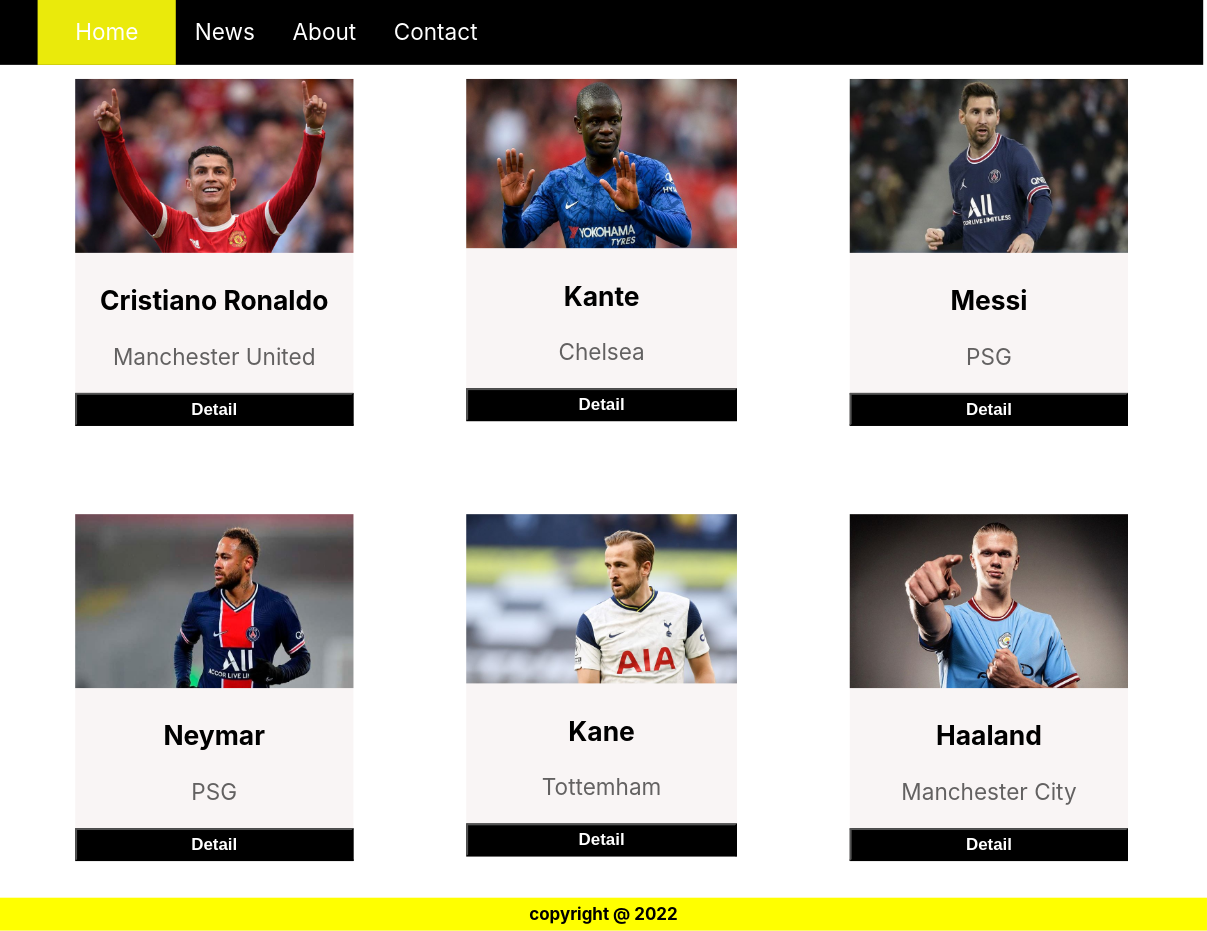
Repository: hoangdanh2/FER
Page: /
The author's editor kept a copy of each file at every save. The page is drawn from the files as they stood at one save, then again after the next save.
The browser window is 1280 px wide. The page is 1284 px wide, so the pictures cover 1284 px, including what lies to the right of the window. The pictures show the whole page, at 94% of full size.
The project was rebuilt for these pictures with package versions that can differ from the ones it lists, and the page was loaded fresh each time.

Above is the page before, as saved 2023-06-05 14:26:25.

After the next save:
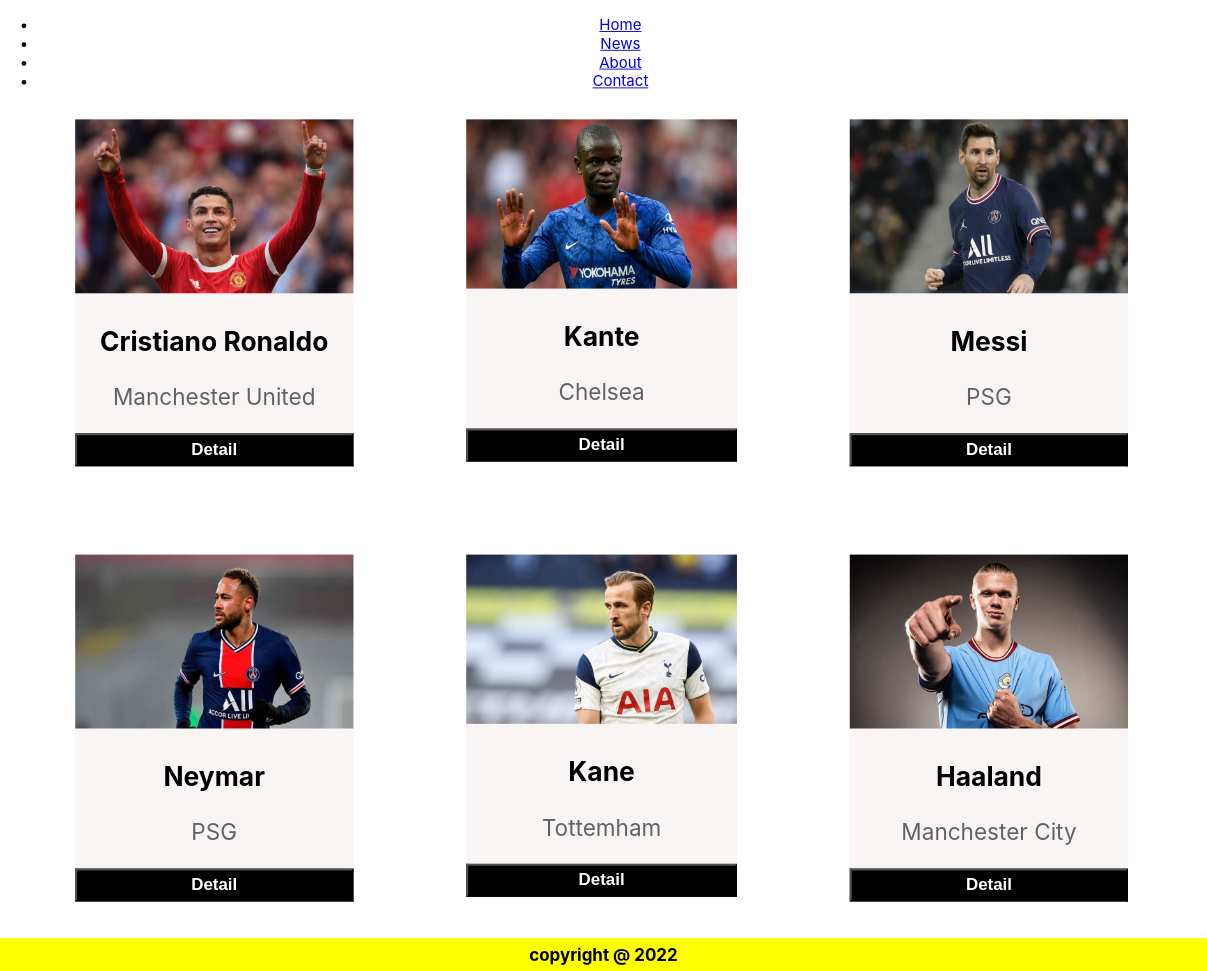
Saved 102 s later.
--- a/src/components/Navigation.js
+++ b/src/components/Navigation.js
@@ -1,17 +1,13 @@
-import React, { Component } from "react";
-export default class Navigation extends Component {
-    render() {
-        return (
-            <div className="nav">
-                <nav>
-                    <ul className="nav-bar">
-                        <li className="active-hover"><a className="active" href="#home">Home</a></li>
-                        <li><a href="#news">News</a></li>
-                        <li><a href="#about">About</a></li>
-                        <li><a href="#contact">Contact</a></li>
-                    </ul>
-                </nav>
-            </div>
-        )
-    }
+import React from 'react'
+export default function Navigation() {
+  return (
+    <nav>
+  <ul>
+      <li><a className='active' href='#home'>Home</a></li>
+      <li><a href='#news'>News</a></li>
+      <li><a href='#about'>About</a></li>
+      <li><a href='#contact'>Contact</a></li>
+  </ul>
+</nav>
+  )
 }

After the 3 saves that followed:
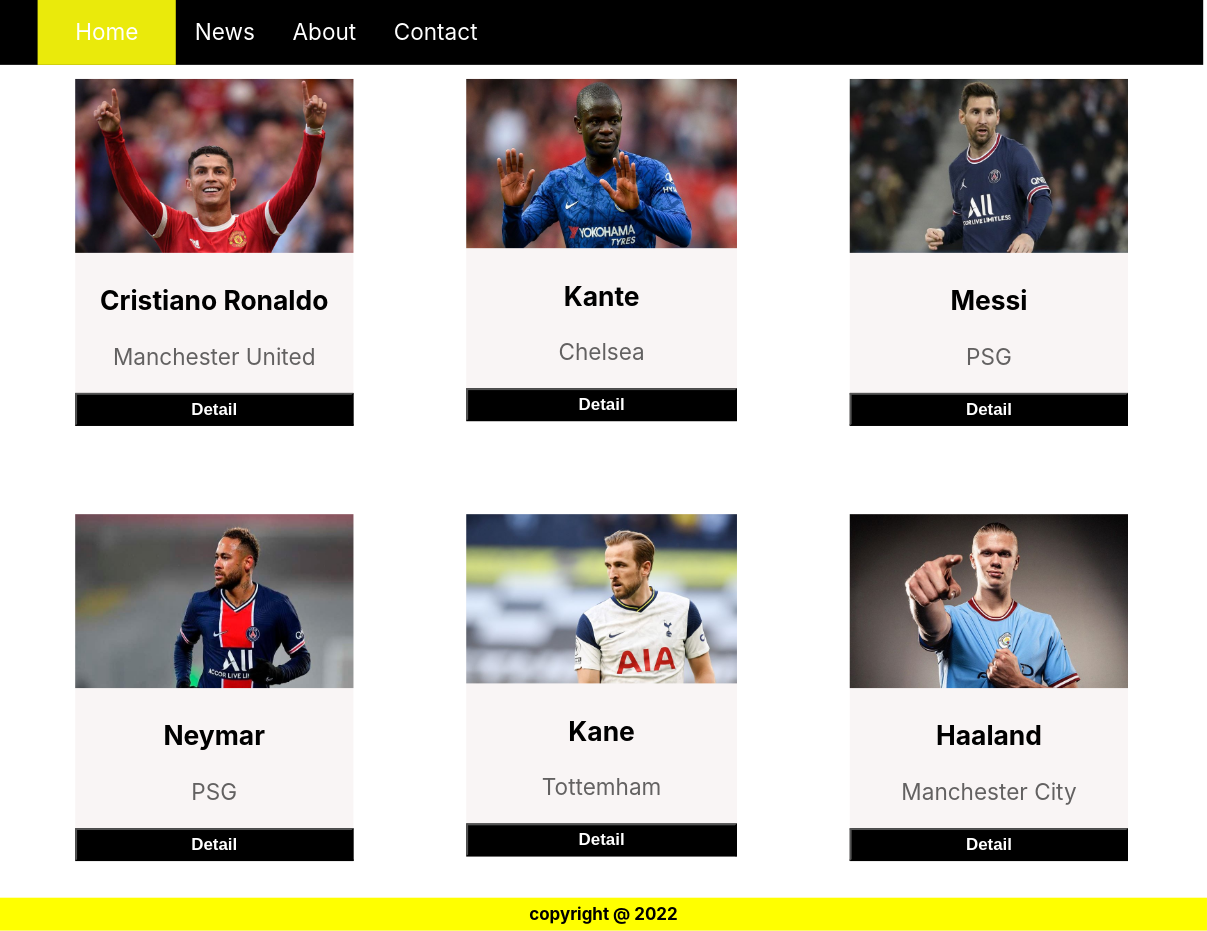
The 3 saves are shown as one change because 1 did not build or start and 1 left the picture as it was.
The last was saved 3 min 24 s later.
--- a/src/components/Navigation.js
+++ b/src/components/Navigation.js
@@ -1,13 +1,15 @@
 import React from 'react'
 export default function Navigation() {
   return (
+    <div className='nav'>
     <nav>
-  <ul>
-      <li><a className='active' href='#home'>Home</a></li>
+  <ul className='nav-bar'>
+      <li className='active-hover'><a className='active' href='#home'>Home</a></li>
       <li><a href='#news'>News</a></li>
       <li><a href='#about'>About</a></li>
       <li><a href='#contact'>Contact</a></li>
   </ul>
 </nav>
+</div>
   )
 }
--- a/src/components/Player.js
+++ b/src/components/Player.js
@@ -1,21 +1,19 @@
-import React, { Component } from "react";
-import { Players } from '../shared/ListOfPlayers';
+import React from 'react'
+import { Players } from '../shared/ListOfPlayers'
+export default function Player() {
 
-export default class player extends Component {
-    render() {
-        return (
-            <div className='container'>
-                {Players.map((player)=>(
-                   <div className='column'>
-                   <div className='card'>
-                   <img src={player.img} alt=""/>
-                     <h3>{player.name}</h3>
-                     <p className='title'>{player.club}</p>
-                     <p><button>Detail</button></p>
-                   </div>
-                 </div>
-                ))}
-            </div>
-          )
-    }
+    return (
+    <div className='container'>
+        {Players.map((player)=>(
+           <div className='column'>
+           <div className='card'>
+           <img src={player.img} alt=''/>
+             <h3>{player.name}</h3>
+             <p className='title'>{player.club}</p>
+             <p><button>Detail</button></p>
+           </div>
+         </div>
+        ))}
+    </div>
+  )
 }
